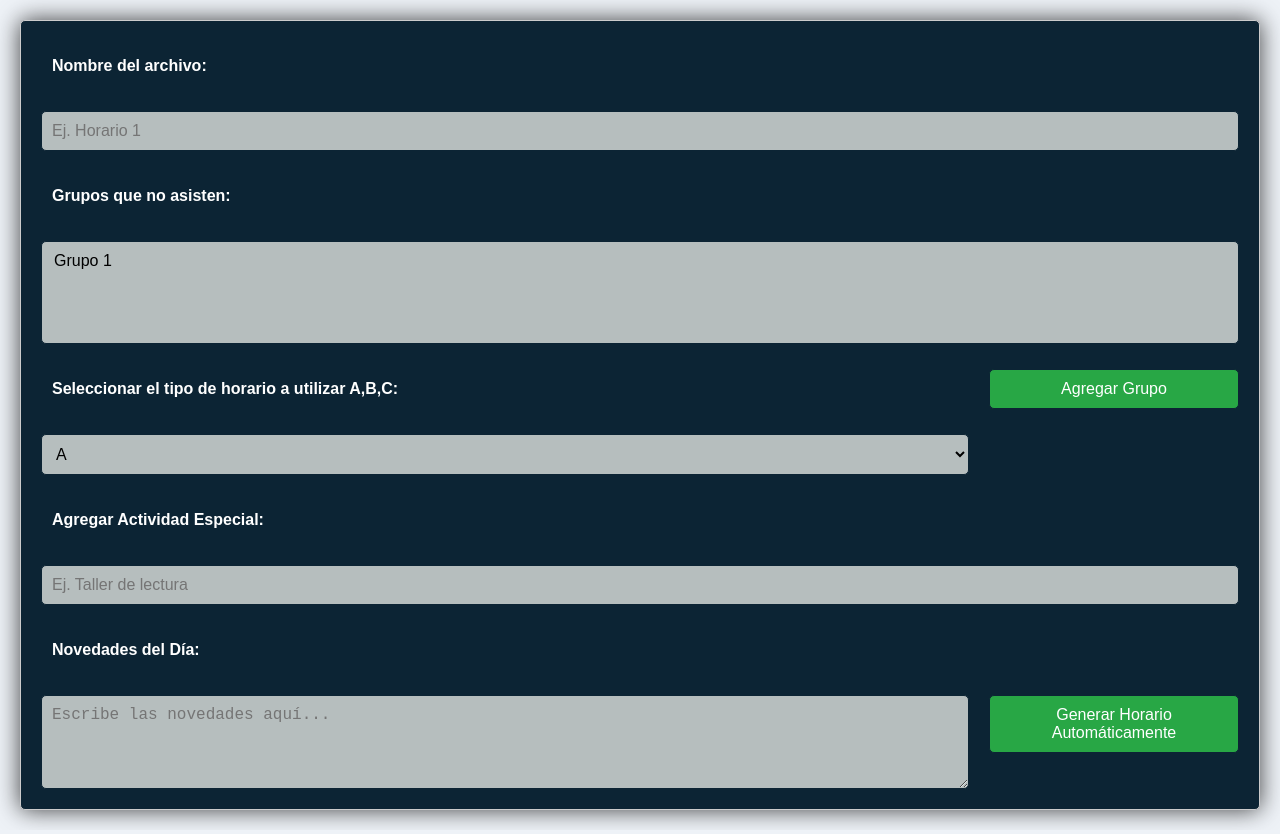
Repository: Shyk0/Zeitplan
Page: FormularioMaterias_page.html
The author's editor kept a copy of each file at every save. The page is drawn from the files as they stood at one save, then again after the next save.
The browser window is 1280 px wide. The pictures show the part of the page from y = 436 to 1270 px (the page is 1270 px tall before and 1185 px after).

Above is the page before, as saved 2024-11-07 13:35:01.

### FormularioMaterias_page.html
<!DOCTYPE html>
<html lang="es">
<head>
    <meta charset="UTF-8">
    <meta name="viewport" content="width=device-width, initial-scale=1.0">
    <title>Formulario de Creación de Horarios</title>

    <link rel="stylesheet" href="styles/styles_formulario_page.css">
</head>
<body>

    <div class="dropdown">
        <button class="dropdown-button">Menú Desplegable</button>
        <div class="dropdown-content">
            <button><a href="Home_page.html">Ir a la sección en Página 2</a></button>
            <button>Opción 2</button>
            <button>Opción 3</button>
        </div>
    </div>

    <div class ="form-container-arriba"></div>

    <div class="form-container">
        <label for="nomArchivo">Nombre del archivo:</label>
        <input type="text" id="nomArchivo" placeholder="Ej. Horario 1">

        <label for="no-asisten">Grupos que no asisten:</label>
        <select id="no-asisten" multiple>
          <option value="grupo1">Grupo 1</option>
        </select>
        <div id="grupos-container">
            <!-- Contenedor donde se añadirán los nuevos grupos -->
            <label for="horario-ABC">Seleccionar el tipo de horario a utilizar A,B,C:</label>
            <select id="horario-ABC">
              <option value="A">A</option>
              <option value="B">B</option>
            </select>
        </div>

        <button id="agregar-grupo">Agregar Grupo</button>

        <label for="actividad-especial">Agregar Actividad Especial:</label>
        <input type="text" id="actividad-especial" placeholder="Ej. Taller de lectura">

        <label for="novedades">Novedades del Día:</label>
        <textarea id="novedades" rows="4" placeholder="Escribe las novedades aquí..."></textarea>

        <button id="generar-horario">Generar Horario Automáticamente</button>
    </div>

    <!-- Vista Previa -->
    <div class="preview-container" id="preview-container" style="display:none;">
        <h2>Vista Previa del Horario</h2>
        <div id="preview-content">
            <!-- Aquí se llenarán los datos del formulario para vista previa -->
        </div>
    </div>
    <!-- Scripts -->
    <script src="scripts/script_formulario_page.js"></script>
</body>
</html>

### styles/styles_formulario_page.css
:root{
    --color-backgroundForm: #0c2434;
    --color-input: #93c4e6;
    --color-background: #b6bebe;
}

/*Configuracion de letra*/
body {
    font-family: Arial, sans-serif;
    background-position: center;
    margin: 0, auto;
    padding: 0;
    color: #ffff;
    background-color: var(--color-background);
}

.form-container-arriba {
    background-image: url('../assets/Logo_app.svg'); /* direccion de imagen*/
    background-repeat: no-repeat; /*Para que no aparesca duplicada*/
    background-position: center;
    background-size: contain; /* para que solo sea del tamano del contenedor*/
    display: flex;
    flex-wrap: wrap;
    gap: 50px;
    justify-content: space-between;
    padding: 20px;
    max-width: 100%;
    min-height: 200px;
    margin: 0 auto;
}

/* Contenedor superior */
.form-container-arriba {
    text-align: center;
    margin: 20px 0;
}

.form-container-arriba a {
    display: inline-block;
    background-color: #007BFF;
    color: white;
    padding: 10px 20px;
    border-radius: 5px;
    text-decoration: none;
    transition: background-color 0.3s;
}

.form-container-arriba a:hover {
    background-color: #0056b3;
}

/* Formulario principal */
.form-container {
    background-color: #f9f9f9;
    border: 1px solid #ccc;
    border-radius: 10px;
    padding: 20px;
    box-shadow: 0 5px 15px rgba(0, 0, 0, 0.1);
    max-width: 600px;
    margin: auto;
}

.form-container label {
    font-weight: bold;
    display: block;
    margin-top: 15px;
}

.form-container button {
    background-color: #28a745;
    color: white;
    border: none;
    padding: 10px 20px;
    margin-top: 20px;
    cursor: pointer;
    border-radius: 5px;
    transition: background-color 0.3s;
}

.form-container button:hover {
    background-color: #218838;
}

/* Vista previa */
.preview-container {
    background-color: #f1f1f1;
    border-radius: 10px;
    margin: 30px auto;
    padding: 20px;
    max-width: 600px;
    box-shadow: 0 5px 15px rgba(0, 0, 0, 0.1);
}

.preview-container h2 {
    text-align: center;
    margin-bottom: 20px;
}

/* Ajustes generales */
body {
    font-family: Arial, sans-serif;
    background-color: #eef2f7;
    margin: 0;
    padding: 20px;
}


.form-container {
    /*Ajustes para que el contenedor ocupe el espacio necesario*/
    display: flex;
    flex-wrap: wrap;
    gap: 20px;
    justify-content: space-between;
    padding: 20px;
    max-width: 97%;
    margin: 0 auto;
    border-radius: 5px;
    box-shadow: 0 6px 15px rgba(255, 255, 255, 0.1);
    background-color: var(--color-backgroundForm);
    /* Sombra para navegadores con prefijo -webkit- (Chrome, Safari, Opera, versiones antiguas) */
    -webkit-box-shadow: 0px 0px 23px 0px rgba(0,0,0,0.75);

    /* Sombra para navegadores con prefijo -moz- (Firefox, versiones antiguas) */
    -moz-box-shadow: 0px 0px 23px 0px rgba(0,0,0,0.75);

    /* Sombra para navegadores modernos, sin prefijos */
box-shadow: 0px 0px 23px 0px rgba(0,0,0,0.75);

}


.form-container label, .form-container select, .form-container input, .form-container textarea, .form-container button {
    flex: 75%;
    min-width: 200px;
    font-size: 16px;

    width: calc(100% - 20px);
    padding: 10px;
    margin-top: 5px;
    border: 1px solid #0c2434;
    border-radius: 5px;
    box-sizing: border-box;
}


label {
    font-weight: bold;
}

select, input, textarea {
    padding: 10px;
    border: 1px solid #93c4e6;
    border-radius: 4px;
    width: 100%;
    background: var(--color-background);
}

textarea {
    resize: vertical;
}

button {
    padding: 30px;
    background-color: white;
    border: none;
    border-radius: 4px;
    cursor: pointer;
    font-size: 16px;
    width: auto; /* Cambiado de 100% a auto para que no crezca demasiado */
    min-width: 200px;
    max-width: 250px;
    box-sizing: border-box;
    align-self: flex-start;
}

button:hover {
    background-color: #3498db;
}

/* Estilos para la vista previa */
.preview-container {
    margin: 20px auto;
    padding: 20px;
    max-width: 800px;
    background-color: #3498db;
    border-radius: 8px;
    box-shadow: 0 4px 10px rgba(0, 0, 0, 0.1);
}

.preview-container h2 {
    text-align: center;
    font-size: 22px;
    color: #3498db;
}

.preview-item {
    margin-bottom: 10px;
}

#grupos-container{
    display: flex;
    flex-wrap: wrap; /* Asegura que cada grupo esté en una nueva línea */
    gap: 20px; /* Espacio entre grupos */
    flex-grow: 1; /* Permite que el contenedor crezca, pero no el botón */
}

.boton-agregar {
    flex: 1 1 100%; /* Hace que el botón ocupe todo el ancho */
    display: flex; /* Permite alinear el botón en el centro */
    justify-content: center; /* Centra el botón */
}
.boton-dos {
    flex: 1 1 100%; /* Hace que el botón ocupe todo el ancho */
    display: flex; /* Permite alinear el botón en el centro */
    justify-content: center; /* Centra el botón */
}


@media (max-width: 600px) {
    /*Es para que se pueda visualizar en cualquier ancho de pantalla */
    .form-container {
        flex-direction: column;
    }
}

### scripts/script_formulario_page.js
document.addEventListener('DOMContentLoaded', function() {
    let grupoCounter = 1;

        function agregarGrupo() {
            grupoCounter++;
            const nuevoGrupoId = 'grupo' + grupoCounter;

            // Agrega un nuevo grupo al select 'no-asisten'
            const selectNoAsisten = document.getElementById('no-asisten');
            const newOption = document.createElement('option');
            newOption.value = nuevoGrupoId;
            newOption.text = 'Grupo ' + grupoCounter;
            selectNoAsisten.appendChild(newOption);

            // Crea un nuevo div con select de materias para el nuevo grupo
            const nuevoGrupoDiv = document.createElement('div');
            nuevoGrupoDiv.innerHTML = `
                <label for="materias-${nuevoGrupoId}">Materias para Grupo ${grupoCounter}:</label>
                <select id="materias-${nuevoGrupoId}">
                  <option value="matematicas">Matemáticas</option>
                  <option value="ciencias">Ciencias</option>
                </select>
            `;
            document.getElementById('grupos-container').appendChild(nuevoGrupoDiv);
            console.log("FUNCIONA SI FUNCIONA");
    }

        //Llamamos al evento desde aqui sin tener un "onClick" desde el HTML
        document.getElementById('agregar-grupo').addEventListener('click', agregarGrupo);
    // Función para actualizar la vista previa
    function actualizarVistaPrevia() {



        const actividadEspecial = document.getElementById('actividad-especial').value;
        const novedades = document.getElementById('novedades').value;

        const previewContent = document.getElementById('preview-content');
        previewContent.innerHTML = '';

        if (noAsisten.length > 0) {
            const noAsistenDiv = document.createElement('div');
            noAsistenDiv.classList.add('preview-item');
            noAsistenDiv.innerHTML = `<strong>Grupos que no asisten:</strong> ${noAsisten.join(', ')}`;
            previewContent.appendChild(noAsistenDiv);
        }

        for (let i = 1; i <= grupoCounter; i++) {
            const grupoId = 'grupo' + i;
            if (!noAsisten.includes(`Grupo ${i}`)) {
                const materiaGrupo = document.getElementById(`materias-${grupoId}`).value;
                const materiaDiv = document.createElement('div');
                materiaDiv.classList.add('preview-item');
                materiaDiv.innerHTML = `<strong>Materias para Grupo ${i}:</strong> ${materiaGrupo}`;
                previewContent.appendChild(materiaDiv);
            }
        }

        if (actividadEspecial) {
            const actividadDiv = document.createElement('div');
            actividadDiv.classList.add('preview-item');
            actividadDiv.innerHTML = `<strong>Actividad Especial:</strong> ${actividadEspecial}`;
            previewContent.appendChild(actividadDiv);
        }

        if (novedades) {
            const novedadesDiv = document.createElement('div');
            novedadesDiv.classList.add('preview-item');
            novedadesDiv.innerHTML = `<strong>Novedades del Día:</strong> ${novedades}`;
            previewContent.appendChild(novedadesDiv);
        }

        document.getElementById('preview-container').style.display = 'block';
    }

    // Función para deshabilitar materias si el grupo no asiste
    function actualizarMaterias() {
        const noAsisten = Array.from(document.getElementById('no-asisten').selectedOptions).map(option => option.value);

        for (let i = 1; i <= grupoCounter; i++) {
            const grupoId = 'materias-grupo' + i;
            const grupoMaterias = document.getElementById(grupoId);

            if (grupoMaterias) {
                if (noAsisten.includes('grupo' + i)) {
                    grupoMaterias.disabled = true;
                } else {
                    grupoMaterias.disabled = false;
                }
            }
        }
    }

    // Inicializar Select2 para el campo de selección múltiple

    });

After the next save:
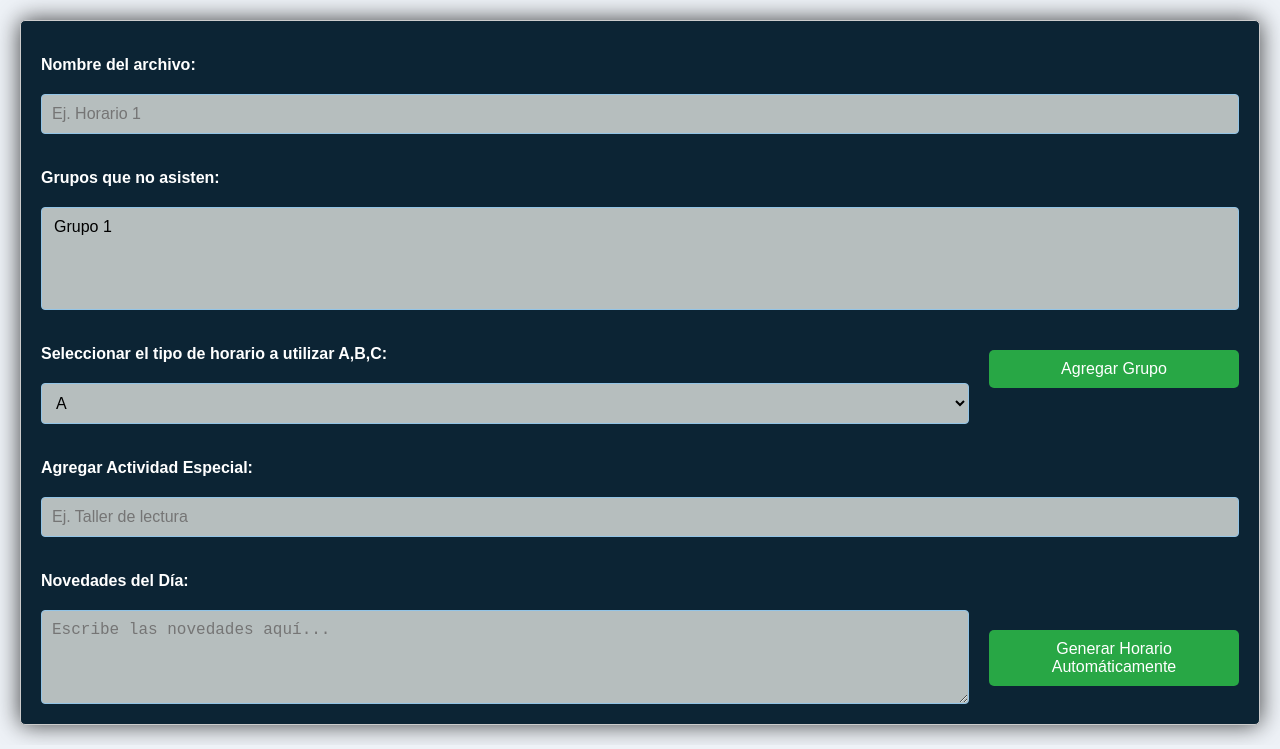
Saved 24 s later.
--- a/styles/styles_formulario_page.css
+++ b/styles/styles_formulario_page.css
@@ -133,13 +133,6 @@ box-shadow: 0px 0px 23px 0px rgba(0,0,0,0.75);
     flex: 75%;
     min-width: 200px;
     font-size: 16px;
-
-    width: calc(100% - 20px);
-    padding: 10px;
-    margin-top: 5px;
-    border: 1px solid #0c2434;
-    border-radius: 5px;
-    box-sizing: border-box;
 }
 
 
